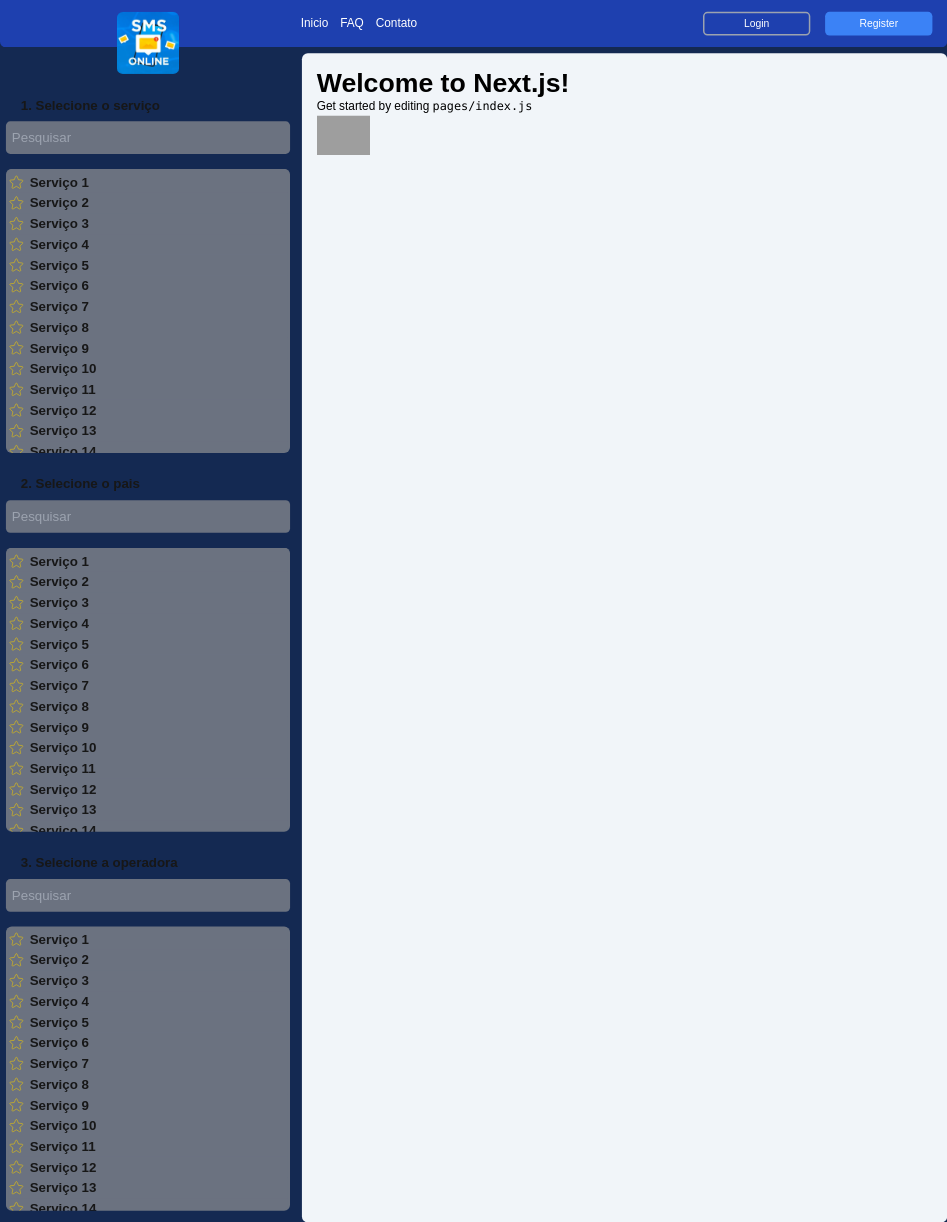
Repository: Felipe-Henrique-Dev/-DIOGO-SMS
Page: /
An editor plug-in stored every save of this project. The page is shown before and after the next save, followed by the edit.
The browser window is 1280 px wide. The pictures show the whole page, at 74% of full size.
Pictures or frames that could not be fetched are drawn as grey boxes. The project was rebuilt for these pictures with package versions that can differ from the ones it lists, and the page was loaded fresh each time. The framework's server and built-in components were replaced by stand-ins that run in the browser. Also part of the build but not shown: next.config.ts.

Above is the page before, as saved 2024-12-16 22:25:20.

After the next save:
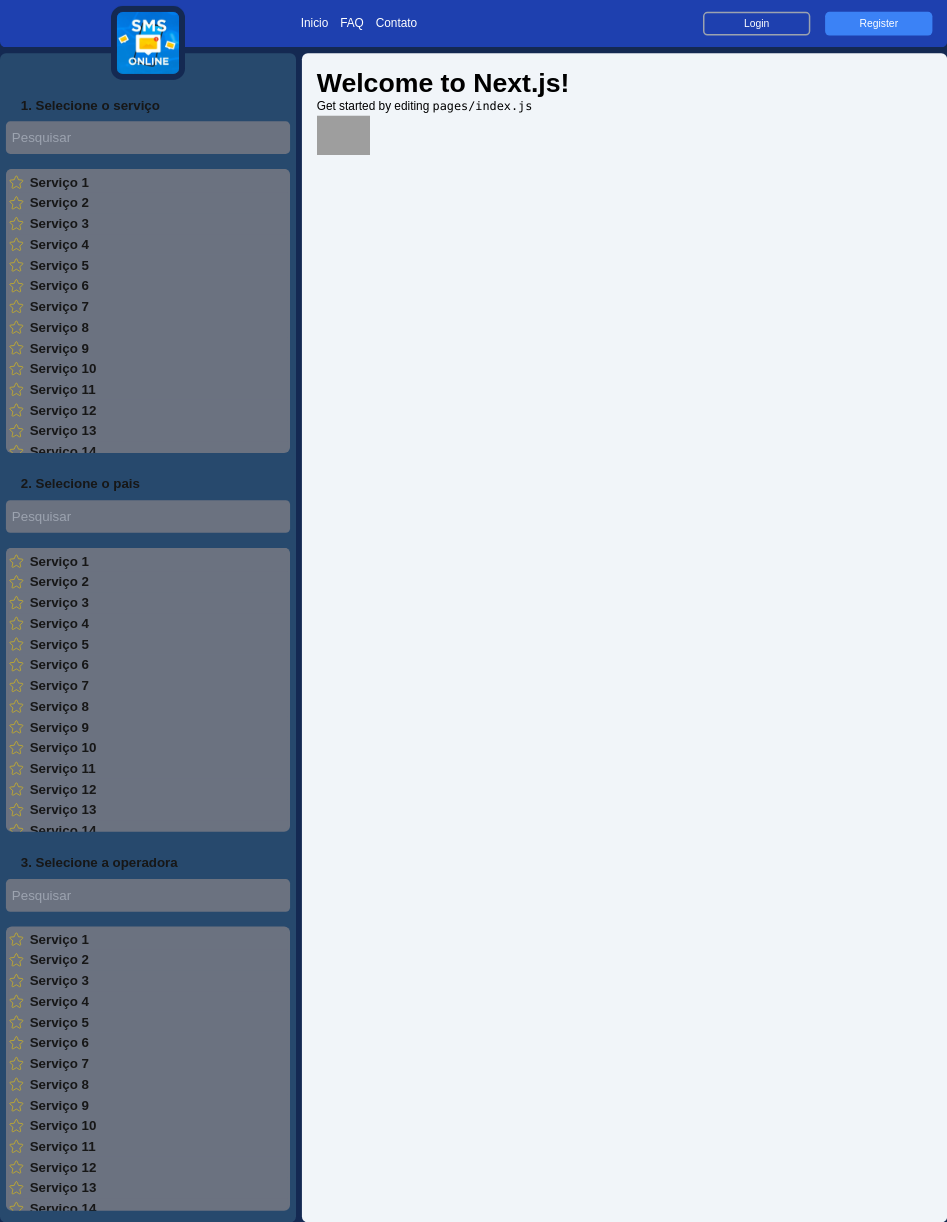
Saved 17 s later.
--- a/tailwind.config.ts
+++ b/tailwind.config.ts
@@ -9,14 +9,14 @@ export default {
   theme: {
     extend: {
       colors: {
-        background: "hsl(var(--background))",
+        background: "var(--background)",
         foreground: "var(--foreground)",
-        background_secondary: "hsl(var(--background-secondary))",
+        background_secondary: "var(--background-secondary)",
         primary: "var(--primary)",
       },
       background : {
-        background: "hsl((var(--background))",
-        background_secondary: "hsl(var(--background-secondary))",
+        background: "var(--background)",
+        background_secondary: "var(--background-secondary)",
         foreground: "var(--foreground)",
       },
     },
